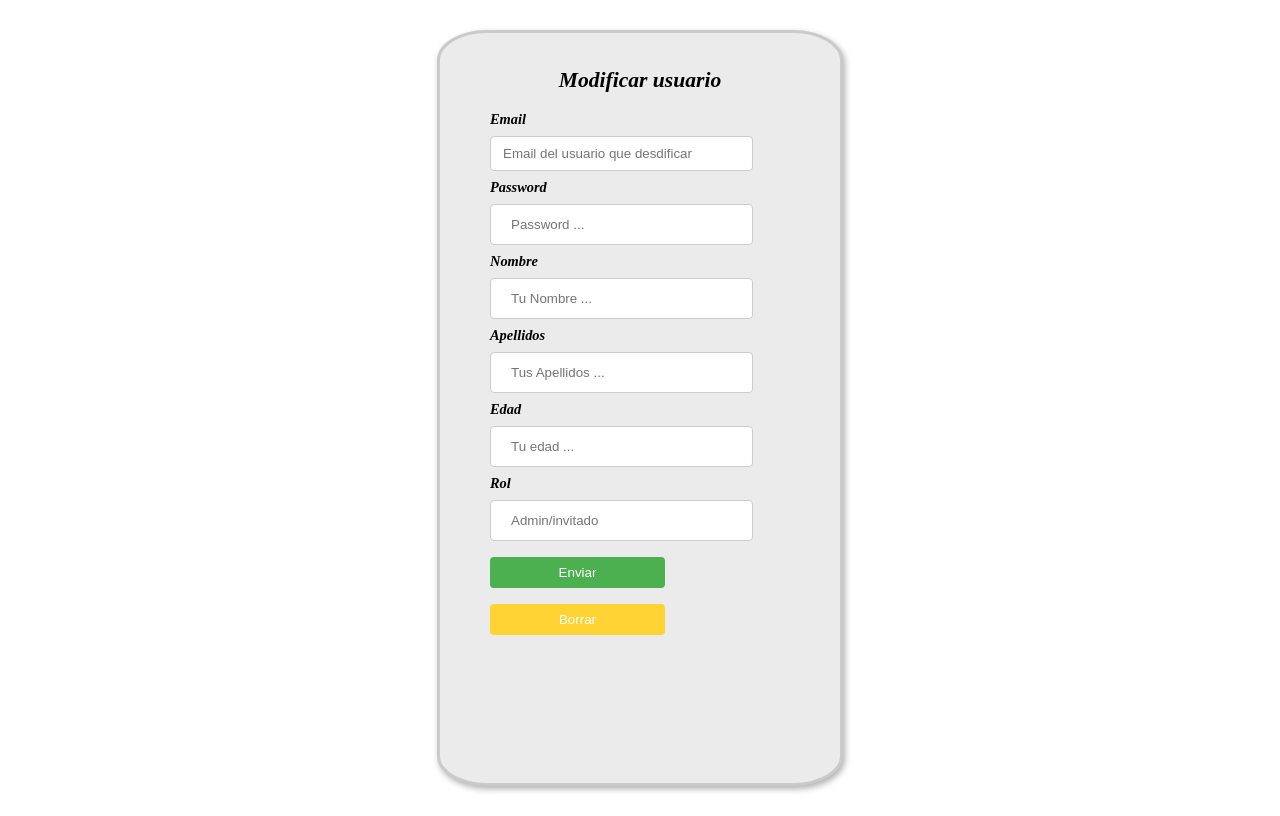
Repository: nachmz42/ProyectoJoker
Page: http://localhost/Joker/modificarusuario.jsp
An editor plug-in stored every save of this project. The page is shown before and after the next save, followed by the edit.
The browser window is 1280 px wide. The pictures show the whole page.
The page is served by Tomcat 9. Other server files are loaded and not shown.

Above is the page before, as saved 2021-07-02 11:18:13.

### Joker/src/main/webapp/modificarusuario.jsp
<%@ page language="java" contentType="text/html; charset=ISO-8859-1"
	pageEncoding="ISO-8859-1"%>
<!DOCTYPE html>
<html>
<head>
<meta charset="ISO-8859-1">
<title>Insert title here</title>
<link rel="stylesheet" href="STYLE/css/modificarusuario.css"></link>

</head>
<body>

	<div class="testbox">

		<form action="/Joker/ServletModificarusuario" method="post">
			<br>


			<h2>Modificar usuario</h2>
			<div class="form2" style="">


				<label for="email" id="1">Email</label><br> <input type="email"
					id="email" name="email"
					placeholder="Email del usuario que desdificar" required> <i
					class="icon-user"></i><br> <label for="password" id="1">Password</label><br>
				<input type="text" id="password" name="password"
					placeholder="Password ..." required> <br> <label
					for="nombre" id="1">Nombre</label><br> <input type="text"
					id="nombre" name="nombre" placeholder="Tu Nombre ..." required><br>

				<label for="apellidos">Apellidos</label><br> <input
					type="text" id="apellidos" name="apellidos"
					placeholder="Tus Apellidos ..." required><br> <label
					for="edad" id="1">Edad</label><br> <input type="text"
					id="edad" name="edad" placeholder="Tu edad ..." required><br>

				 <label for="rol" id="1">
					Rol</label><br> <input type="text" id="rol"
					name="rol" placeholder="Admin/invitado" required> <br>


				<input type="submit" value="Enviar"><br> <input
					type="reset" value="Borrar"><br>
			</div>
	</div>

</body>
</html>

### Joker/src/main/webapp/STYLE/css/modificarusuario.css
@charset "ISO-8859-1";




input[type=text], select {
	width: 75%;
	padding: 12px 20px;
	margin: 8px 0;
	display: inline-block;
	border: 1px solid #ccc;
	border-radius: 4px;
	box-sizing: border-box;
}

input[type=email], select {
	width: 75%;
	padding: 9px 12px;
	margin: 8px 0;
	display: inline-block;
	border: 1px solid #ccc;
	border-radius: 4px;
	box-sizing: border-box;
}

input[type=submit] {
	width: 50%;
	background-color: #4CAF50;
	color: white;
	padding: 8px 0px;
	margin: 8px 0;
	border: none;
	border-radius: 4px;
	cursor: pointer;
	Text-align: center;
}

input[type=reset] {
	width: 50%;
	background-color: #FFD333;
	color: white;
	padding: 8px 0px;
	margin: 8px 0;
	border: none;
	border-radius: 4px;
	cursor: pointer;
	Text-align: center;
}


.testbox {
	margin: 30px auto;
	width: 400px;
	height: 750px;
	-webkit-border-radius: 50px/30px;
	-moz-border-radius: 50px/30px;
	border-radius: 50px/30px;
	background-color: #ebebeb;
	-webkit-box-shadow: 2px 3px 6px rgba(0, 0, 0, .31);
	-moz-box-shadow: 2px 3px 6px rgba(0, 0, 0, .31);
	box-shadow: 2px 3px 6px rgba(0, 0, 0, .31);
	border: solid 3px #cbc9c9;
	Text-align: center;
	 font: oblique bold 90% cursive;
}





.form2 {
    Text-align: left;
    width: 350px;
    margin-left: 50px;
}

After the next save:
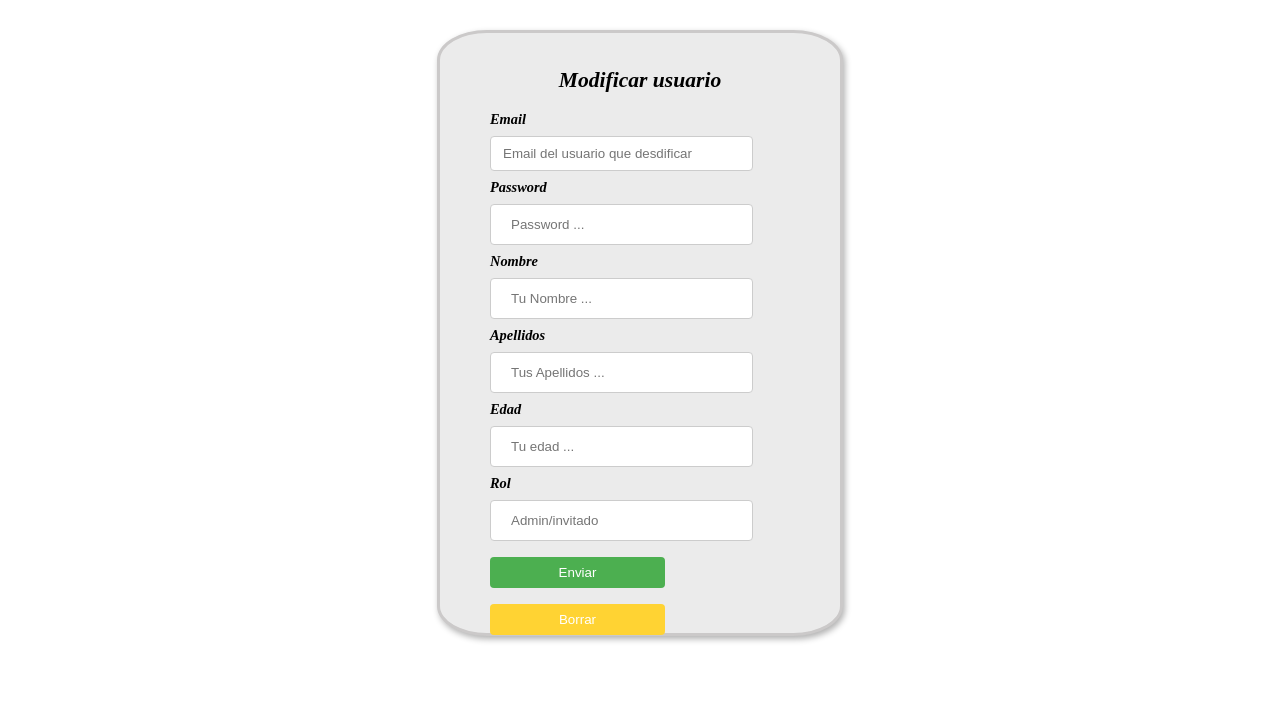
Saved 17 s later.
--- a/Joker/src/main/webapp/STYLE/css/modificarusuario.css
+++ b/Joker/src/main/webapp/STYLE/css/modificarusuario.css
@@ -51,7 +51,7 @@ input[type=reset] {
 .testbox {
 	margin: 30px auto;
 	width: 400px;
-	height: 750px;
+	height: 600px;
 	-webkit-border-radius: 50px/30px;
 	-moz-border-radius: 50px/30px;
 	border-radius: 50px/30px;
